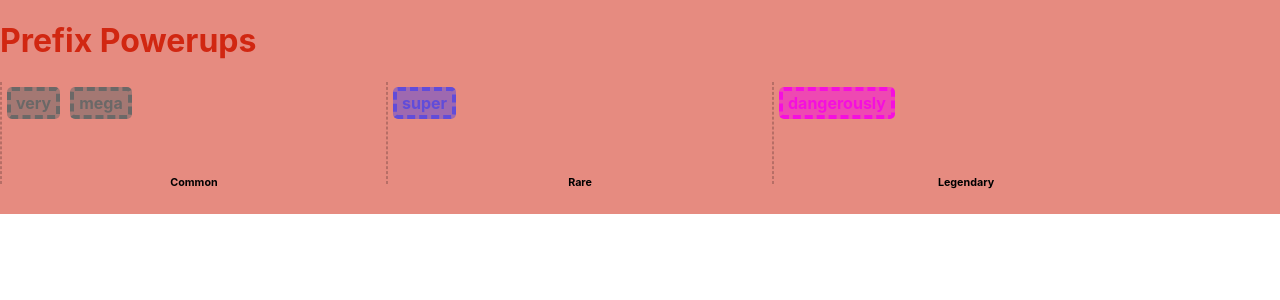
Repository: bsalgado98/buns-inator
Page: /
These files come from the project's save history. The page is drawn as it stood at one moment and after the next save; the edit follows.
The browser window is 1280 px wide. The pictures show the whole page.
The project was rebuilt for these pictures with package versions that can differ from the ones it lists, and the page was loaded fresh each time.

Above is the page before, as saved 2022-04-25 22:42:57.

After the next save:
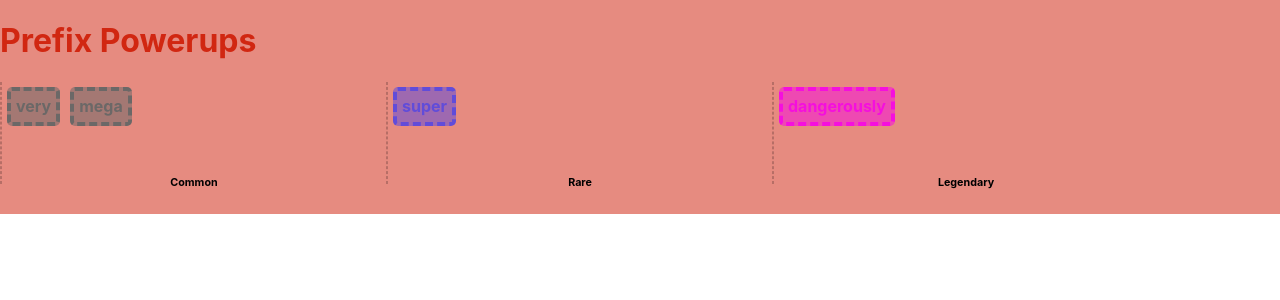
Saved 7 s later.
--- a/src/components/WordCard/WordCard.js
+++ b/src/components/WordCard/WordCard.js
@@ -8,7 +8,7 @@ const WordCard = ({ text = "N/A", color = "#000000" }) => {
                 margin: '5px',
                 padding: '5px',
                 borderRadius: '5px',
-                height: '20%',
+                height: '30%',
                 alignItems: 'center'
             }
         },
